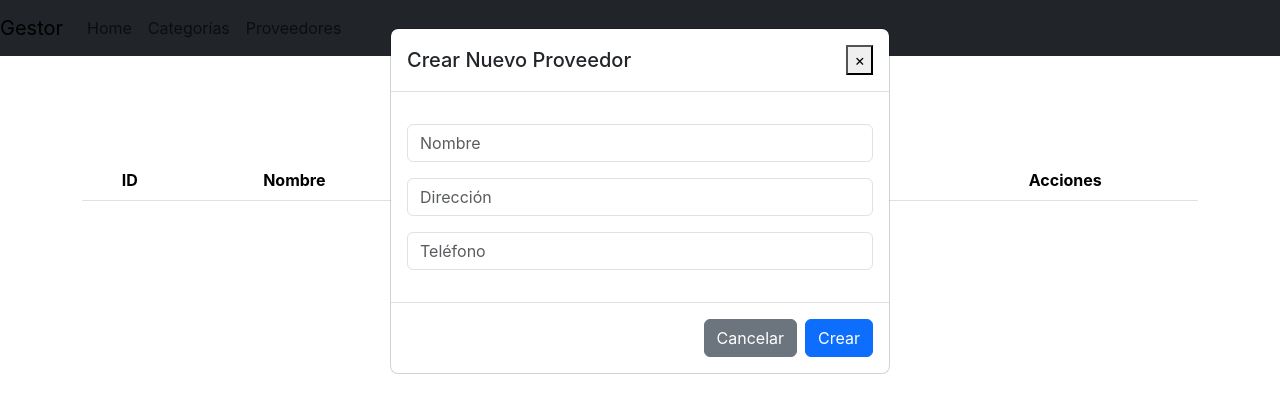
Repository: SantiagoGuaman/gestor-app
Page: /providers, after clicking the first element matching `button`
The author's editor kept a copy of each file at every save. The page is drawn from the files as they stood at one save, then again after a run of saves.
The browser window is 1280 px wide. The pictures show the whole page.
The page's requests for data from a server got no answer. The project was rebuilt for these pictures with package versions that can differ from the ones it lists, and the page was loaded fresh each time. No one was signed in, and anything a server would have sent is missing. Also part of the build but not shown: src/App.css, src/Categories/GetDataCategories.js, src/HomePage/HomePage.js.

Above is the page before, as saved 2024-02-14 11:39:49.

After the next 2 saves:
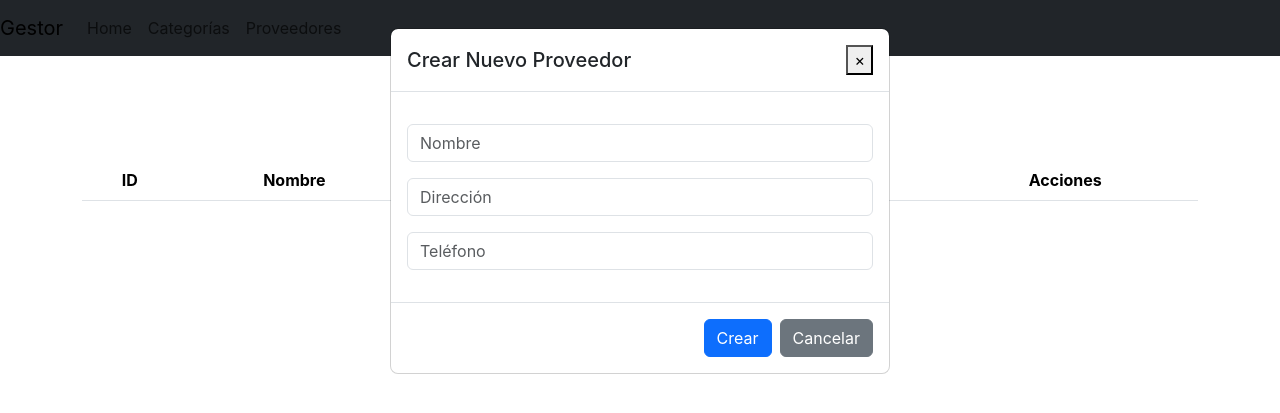
The 2 saves are shown as one change because they came seconds apart.
The last was saved 11 s later.
--- a/src/Proveedores/GetDataProviders.js
+++ b/src/Proveedores/GetDataProviders.js
@@ -170,8 +170,8 @@ function GetDataProviders() {
                                 />
                             </div>
                             <div className="modal-footer mt-3">
+                                <button type="button" className="btn btn-primary" onClick={handleCreate}>Crear</button>
                                 <button type="button" className="btn btn-secondary" onClick={() => setCreateModalOpen(false)}>Cancelar</button>
-                                <button type="button" className="btn btn-primary" onClick={handleCreate}>Crear</button>
                             </div>
                         </div>
                     </div>
